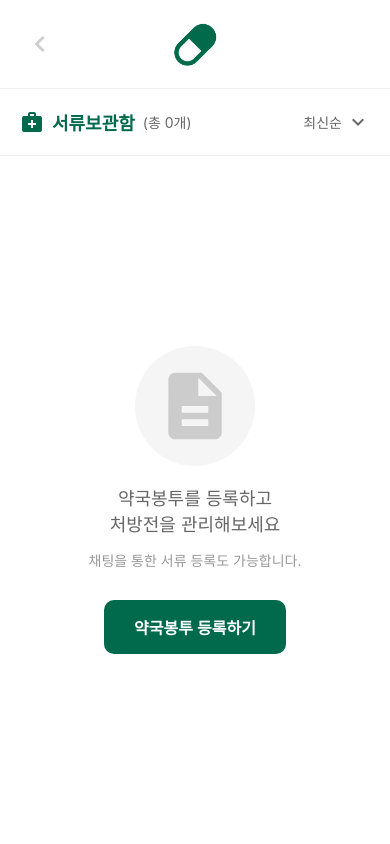
Repository: Sesac-icare/FrontEndiCare
Screen: /DocumentStorage (app in iCare/)
An editor plug-in stored every save of this project. The screen is shown before and after the next save, followed by the edit.
The app was drawn by React Native's web renderer in a window 390 px wide. The project was rebuilt for these pictures with package versions that can differ from the ones it lists, and the page was loaded fresh each time. Some packages were replaced by stand-ins written for this rebuild. Also part of the build but not shown: iCare/components/Header.js, iCare/components/Contents.js, iCare/components/HospitalList.js, iCare/components/PharmacyList.js, iCare/components/MyPage.js, iCare/components/auth/SignUp.js.

Above is the screen before, as saved 2025-02-06 12:58:09.

After the next save:
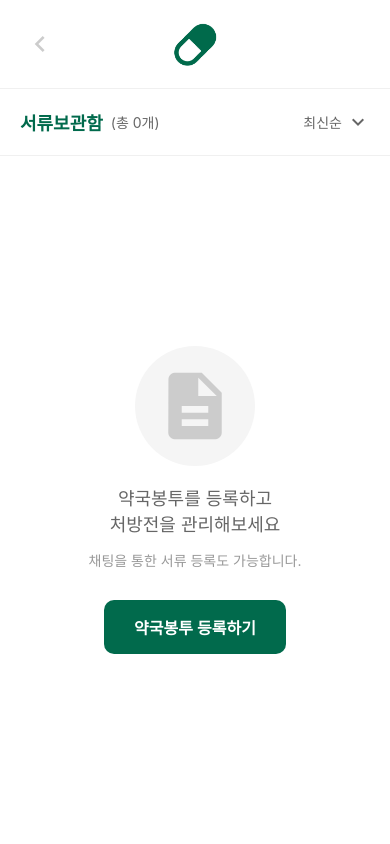
Saved 35 s later.
--- a/iCare/components/DocumentStorage.js
+++ b/iCare/components/DocumentStorage.js
@@ -33,12 +33,6 @@ export default function DocumentStorage() {
 
         <View style={styles.subHeader}>
           <View style={styles.titleContainer}>
-            <MaterialIcons
-              name="medical-services"
-              size={24}
-              color="#016A4C"
-              style={styles.titleIcon}
-            />
             <Text style={styles.headerTitle}>서류보관함</Text>
             <Text style={styles.documentCount}>(총 {totalDocuments}개)</Text>
           </View>
@@ -116,9 +110,6 @@ const styles = StyleSheet.create({
     flexDirection: "row",
     alignItems: "center"
   },
-  titleIcon: {
-    marginRight: 8
-  },
   headerTitle: {
     fontSize: 18,
     fontWeight: "bold",
